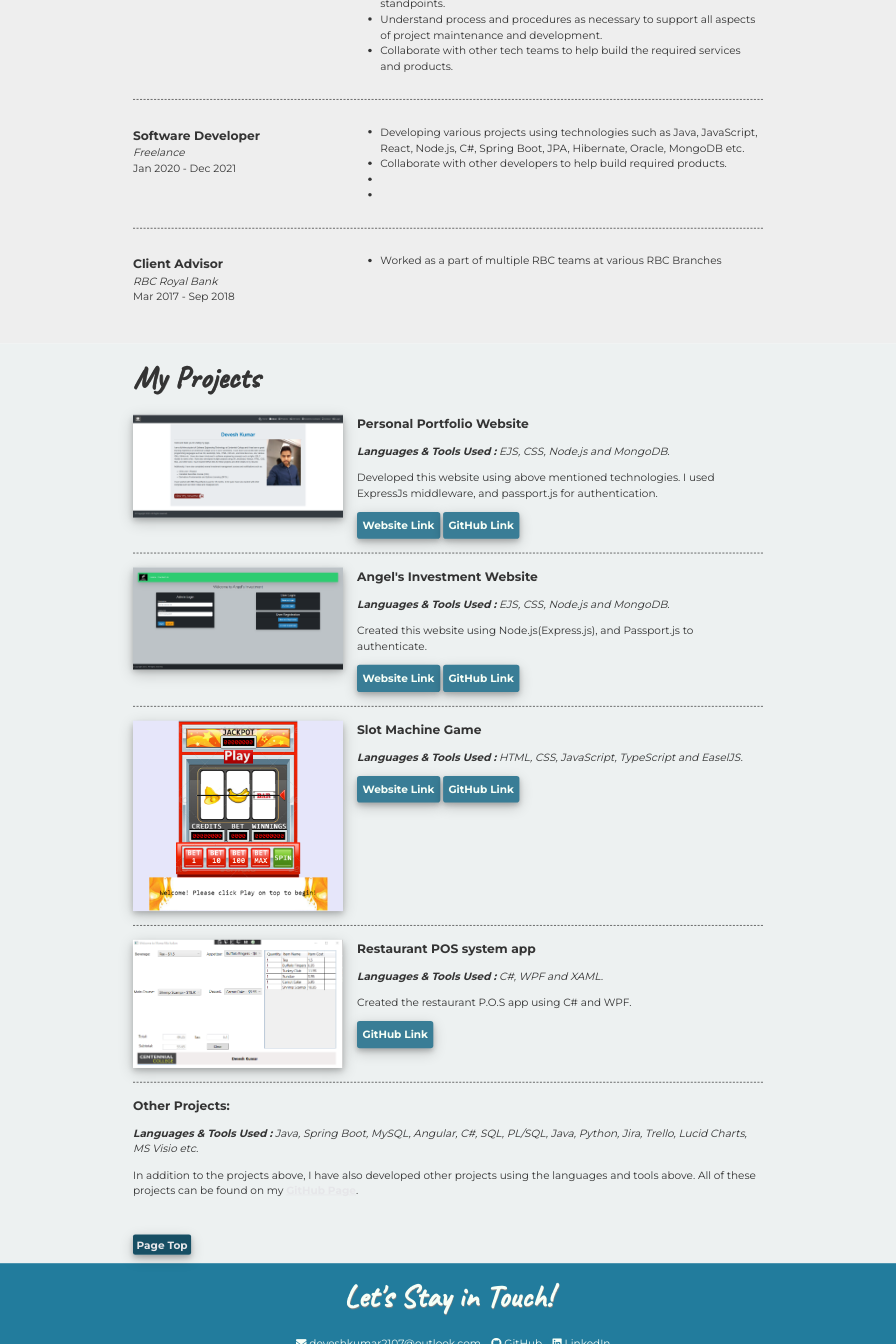
Repository: My-Web-Page/MyWebPage
Page: index.html
An editor plug-in stored every save of this project. The page is shown before and after the next save, followed by the edit.
The browser window is 1280 px wide. The pictures show the part of the page from y = 2281 to 4201 px (the page is 4241 px tall before and 4264 px after), at 70% of full size.
Some web libraries are served in a nearby version.

Above is the page before, as saved 2023-04-11 13:56:00.

After the next save:
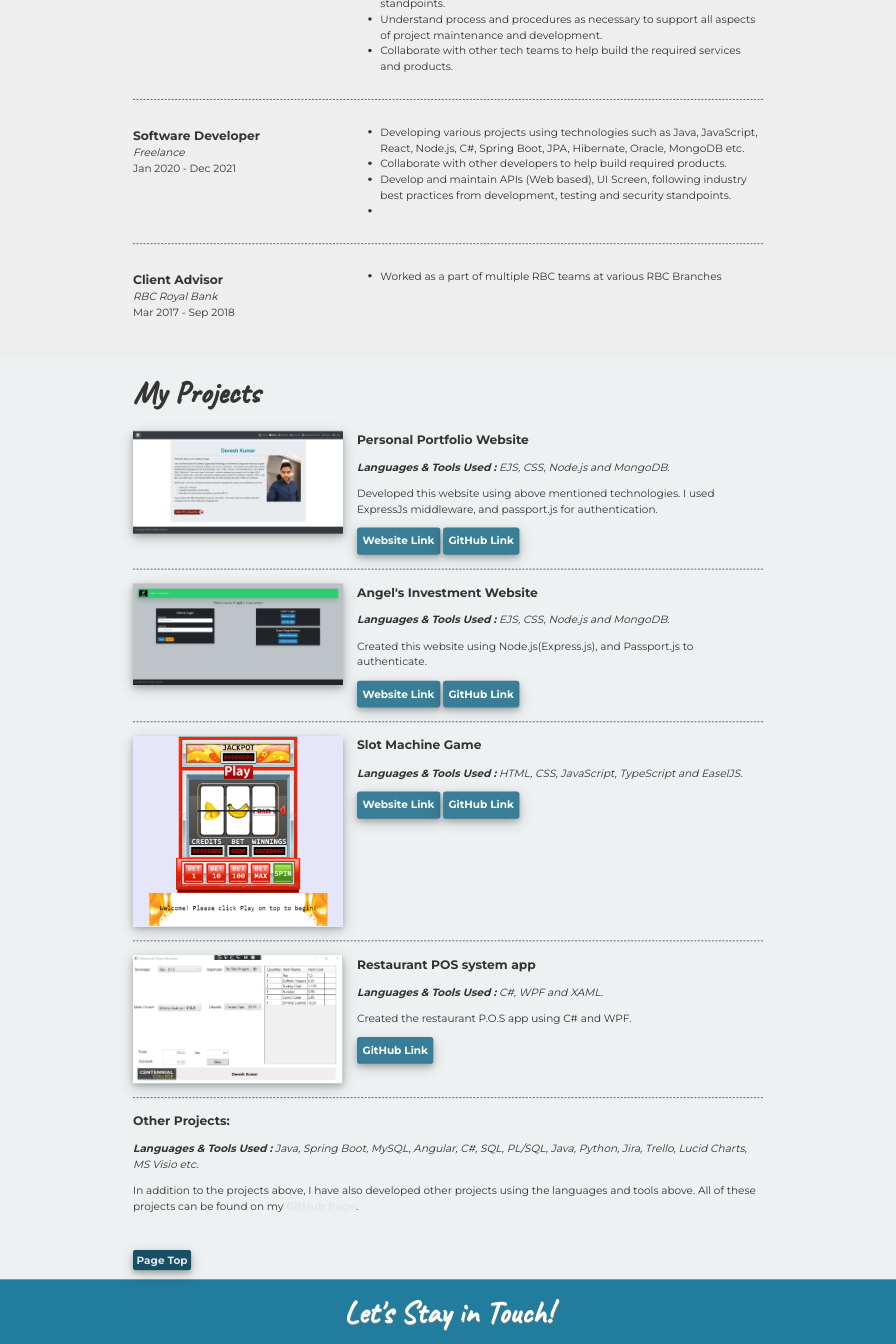
Saved 14 s later.
--- a/index.html
+++ b/index.html
@@ -159,7 +159,7 @@
                         <ul>
                             <li>Developing various projects using technologies such as Java, JavaScript, React, Node.js, C#, Spring Boot, JPA, Hibernate, Oracle, MongoDB etc. </li>
                             <li>Collaborate with other developers to help build required products.</li>
-                            <li></li>
+                            <li>Develop and maintain APIs (Web based), UI Screen, following industry best practices from development, testing and security standpoints.</li>
                             <li></li>
                         </ul>
 
